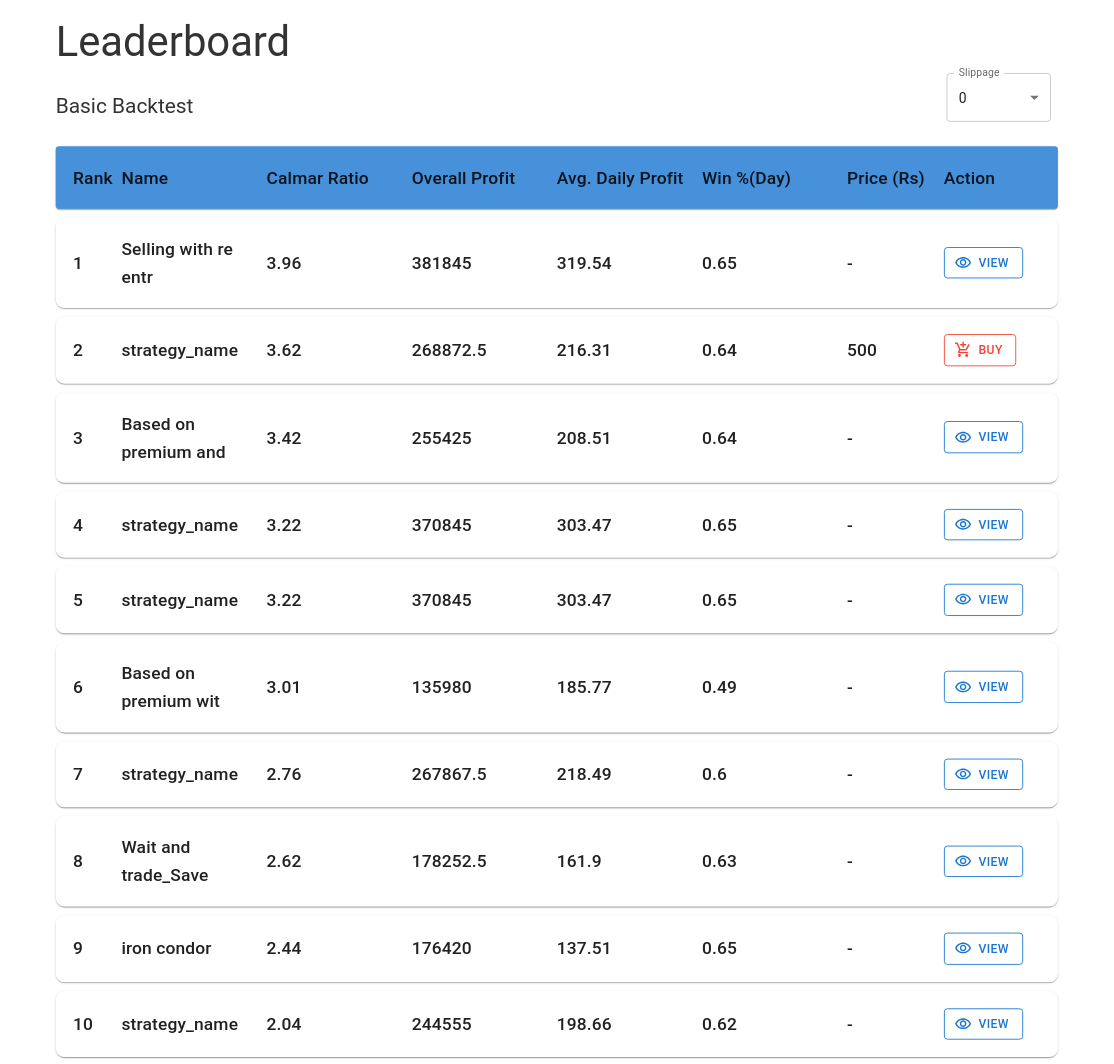
Repository: PraTEEkgUpTa2/Leaderboard
Page: /
An editor plug-in stored every save of this project. The page is shown before and after the next save, followed by the edit.
The browser window is 1280 px wide. The pictures show the whole page, at 87% of full size.
The project was rebuilt for these pictures with package versions that can differ from the ones it lists, and the page was loaded fresh each time. Also part of the build but not shown: src/App.css.

Above is the page before, as saved 2024-05-28 14:18:36.

### src/index.js
import React from 'react';
import ReactDOM from 'react-dom';
import { ThemeProvider } from '@mui/material/styles';
import App from './App';
import theme from './theme'; // Import the theme object

const root = ReactDOM.createRoot(document.getElementById('root'));
root.render(

  <ThemeProvider theme={theme}>
  <App />
</ThemeProvider>

);

// If you want to start measuring performance in your app, pass a function
// to log results (for example: reportWebVitals(console.log))
// or send to an analytics endpoint. Learn more: https://bit.ly/CRA-vitals

### src/App.js
import React from 'react';
import './App.css';
import Leaderboard from './Leaderboard';

function App() {
  return (
    <div className="App">
      <Leaderboard />
    </div>
  );
}

export default App;

### src/theme.js
// theme.js

import { createTheme } from '@mui/material/styles';

const theme = createTheme({
  palette: {
    primary: {
      main: '#1976d2', // Background color for the table header
      dark: '#135fa8', // Hover color for primary buttons
    },
    error: {
      main: '#f44336', // Background color for "Buy" button
      dark: '#d32f2f', // Hover color for "Buy" button
    },
    common: {
      white: '#fff', // Text color for table header and buttons
    },
  },
});

export default theme;

### src/Leaderboard.js
import React, { useState } from 'react';
import data from './data.json';
import { Container, Box, Typography, FormControl, InputLabel, Select, MenuItem, Paper, Button } from '@mui/material';
import { VisibilityOutlined, AddShoppingCartOutlined } from '@mui/icons-material';
import { styled } from '@mui/system';
import { Line } from 'react-chartjs-2';
import 'chart.js/auto';

const TabContainer = styled(Box)(({ theme }) => ({
  display: 'flex',
  flexDirection: 'column',
  gap: '10px',
  marginTop: '20px',
}));

const TabHeader = styled(Paper)(({ theme }) => ({
  display: 'flex',
  justifyContent: 'space-between',
  alignItems: 'center',
  padding: '20px',
  backgroundColor: theme.palette.primary.light,
}));

const Tab = styled(Paper)(({ theme }) => ({
  display: 'flex',
  justifyContent: 'space-between',
  alignItems: 'center',
  padding: '20px',
  borderRadius: '10px',
  boxShadow: theme.shadows[1],
  transition: 'transform 0.3s, box-shadow 0.3s',
  '&:hover': {
    transform: 'translateY(-5px)',
    boxShadow: theme.shadows[4],
    zIndex: 1,
    position: 'relative',
  },
}));

const ViewButton = styled(Button)(({ theme }) => ({
  borderColor: theme.palette.primary.main,
  color: theme.palette.primary.main,
  backgroundColor: 'transparent',
  '&:hover': {
    borderColor: theme.palette.primary.dark,
    color: theme.palette.primary.dark,
    backgroundColor: 'transparent',
  },
  '& .MuiButton-startIcon': {
    marginRight: theme.spacing(1),
  },
}));

const BuyButton = styled(Button)(({ theme }) => ({
  borderColor: theme.palette.error.main,
  color: theme.palette.error.main,
  backgroundColor: 'transparent',
  '&:hover': {
    borderColor: theme.palette.error.dark,
    color: theme.palette.error.dark,
    backgroundColor: 'transparent',
  },
  '& .MuiButton-startIcon': {
    marginRight: theme.spacing(1),
  },
}));

const ChartCard = styled(Box)(({ theme }) => ({
  marginTop: '20px',
  padding: '20px',
  boxShadow: theme.shadows[3],
}));

const Leaderboard = () => {
  const [selectedRow, setSelectedRow] = useState(null);

  const handleRowClick = (row) => {
    setSelectedRow(row);
  };

  return (
    <Container>
    <Typography variant="h3" style={{ color: '#333', marginTop: '20px' }}>
          Leaderboard
        </Typography>
      <Box display="flex" justifyContent="space-between" alignItems="center">
        <Typography variant="h5" style={{ color: '#333', marginTop: '20px' }}>
          Basic Backtest
        </Typography>
        <FormControl sx={{ m: 1, minWidth: 120 }}>
          <InputLabel id="slippage-label">Slippage</InputLabel>
          <Select
            labelId="slippage-label"
            id="slippage-select"
            defaultValue={0}
            label="Slippage"
          >
            <MenuItem value={0}>0</MenuItem>
            <MenuItem value={0.5}>0.5</MenuItem>
            <MenuItem value={1}>1</MenuItem>
          </Select>
        </FormControl>
      </Box>
      <TabContainer>
        <TabHeader>
          <Box flexBasis="5%">
            <Typography variant="h6">Rank</Typography>
          </Box>
          <Box flexBasis="15%">
            <Typography variant="h6">Name</Typography>
          </Box>
          <Box flexBasis="15%">
            <Typography variant="h6">Calmar Ratio</Typography>
          </Box>
          <Box flexBasis="15%">
            <Typography variant="h6">Overall Profit</Typography>
          </Box>
          <Box flexBasis="15%">
            <Typography variant="h6">Avg. Daily Profit</Typography>
          </Box>
          <Box flexBasis="15%">
            <Typography variant="h6">Win %(Day)</Typography>
          </Box>
          <Box flexBasis="10%">
            <Typography variant="h6">Price (Rs)</Typography>
          </Box>
          <Box flexBasis="10%">
            <Typography variant="h6">Action</Typography>
          </Box>
        </TabHeader>
        {data.map((row) => (
          <Tab key={row.Rank} onClick={() => handleRowClick(row)}>
            <Box flexBasis="5%">
              <Typography variant="h6">{row.Rank}</Typography>
            </Box>
            <Box flexBasis="15%">
              <Typography variant="h6">{row.Name}</Typography>
            </Box>
            <Box flexBasis="15%">
              <Typography variant="h6">{row["Calmar Ratio"]}</Typography>
            </Box>
            <Box flexBasis="15%">
              <Typography variant="h6">{row["Overall Profit"]}</Typography>
            </Box>
            <Box flexBasis="15%">
              <Typography variant="h6">{row["Avg. Daily Profit"]}</Typography>
            </Box>
            <Box flexBasis="15%">
              <Typography variant="h6">{row["Win %(Day)"]}</Typography>
            </Box>
            <Box flexBasis="10%">
              <Typography variant="h6">{row["Price (Rs)"] ? row["Price (Rs)"] : '-'}</Typography>
            </Box>
            <Box flexBasis="10%">
              {row.Action === 'View' ? (
                <ViewButton startIcon={<VisibilityOutlined />} variant="outlined">
                  View
                </ViewButton>
              ) : (
                <BuyButton startIcon={<AddShoppingCartOutlined />} variant="outlined">
                  Buy
                </BuyButton>
              )}
            </Box>
          </Tab>
        ))}
      </TabContainer>
      {selectedRow && (
        <ChartCard>
          <Typography variant="h6">{selectedRow.Name}</Typography>
          <Line
            data={{
              labels: ['Calmar Ratio', 'Overall Profit', 'Avg. Daily Profit', 'Win % (Day)', 'Price (Rs)'],
              datasets: [
                {
                  label: selectedRow.Name,
                  data: [
                    selectedRow['Calmar Ratio'],
                    selectedRow['Overall Profit'],
                    selectedRow['Avg. Daily Profit'],
                    selectedRow['Win %(Day)'],
                    selectedRow['Price (Rs)'],
                  ],
                  backgroundColor: '#36A2EB',
                  borderColor: '#36A2EB',
                  borderWidth: 1,
                  fill: false,
                },
              ],
            }}
            options={{
              responsive: true,
              maintainAspectRatio: false,
              scales: {
                y: {
                  beginAtZero: true,
                },
              },
            }}
            height={400}
            width={600}
          />
        </ChartCard>
      )}
    </Container>
  );
};

export default Leaderboard;

### src/data.json
[
    {
        "Rank": 1,
        "Name": "Selling with re entr",
        "Calmar Ratio": 3.96,
        "Overall Profit": 381845,
        "Avg. Daily Profit": 319.54,
        "Win %(Day)": 0.65,
        "Price (Rs)": null,
        "Action": "View"
    },
    {
        "Rank": 2,
        "Name": "strategy_name",
        "Calmar Ratio": 3.62,
        "Overall Profit": 268872.5,
        "Avg. Daily Profit": 216.31,
        "Win %(Day)": 0.64,
        "Price (Rs)": 500,
        "Action": "Buy"
    },
    {
        "Rank": 3,
        "Name": "Based on premium and",
        "Calmar Ratio": 3.42,
        "Overall Profit": 255425,
        "Avg. Daily Profit": 208.51,
        "Win %(Day)": 0.64,
        "Price (Rs)": null,
        "Action": "View"
    },
    {
        "Rank": 4,
        "Name": "strategy_name",
        "Calmar Ratio": 3.22,
        "Overall Profit": 370845,
        "Avg. Daily Profit": 303.47,
        "Win %(Day)": 0.65,
        "Price (Rs)": null,
        "Action": "View"
    },
    {
        "Rank": 5,
        "Name": "strategy_name",
        "Calmar Ratio": 3.22,
        "Overall Profit": 370845,
        "Avg. Daily Profit": 303.47,
        "Win %(Day)": 0.65,
        "Price (Rs)": null,
        "Action": "View"
    },
    {
        "Rank": 6,
        "Name": "Based on premium wit",
        "Calmar Ratio": 3.01,
        "Overall Profit": 135980,
        "Avg. Daily Profit": 185.77,
        "Win %(Day)": 0.49,
        "Price (Rs)": null,
        "Action": "View"
    },
    {
        "Rank": 7,
        "Name": "strategy_name",
        "Calmar Ratio": 2.76,
        "Overall Profit": 267867.5,
        "Avg. Daily Profit": 218.49,
        "Win %(Day)": 0.6,
        "Price (Rs)": null,
        "Action": "View"
    },
    {
        "Rank": 8,
        "Name": "Wait and trade_Save",
        "Calmar Ratio": 2.62,
        "Overall Profit": 178252.5,
        "Avg. Daily Profit": 161.9,
        "Win %(Day)": 0.63,
        "Price (Rs)": null,
        "Action": "View"
    },
    {
        "Rank": 9,
        "Name": "iron condor",
        "Calmar Ratio": 2.44,
        "Overall Profit": 176420,
        "Avg. Daily Profit": 137.51,
        "Win %(Day)": 0.65,
        "Price (Rs)": null,
        "Action": "View"
    },
    {
        "Rank": 10,
        "Name": "strategy_name",
        "Calmar Ratio": 2.04,
        "Overall Profit": 244555,
        "Avg. Daily Profit": 198.66,
        "Win %(Day)": 0.62,
        "Price (Rs)": null,
        "Action": "View"
    }
]

Loaded but not shown: public/index.html (common file)

After the next save:
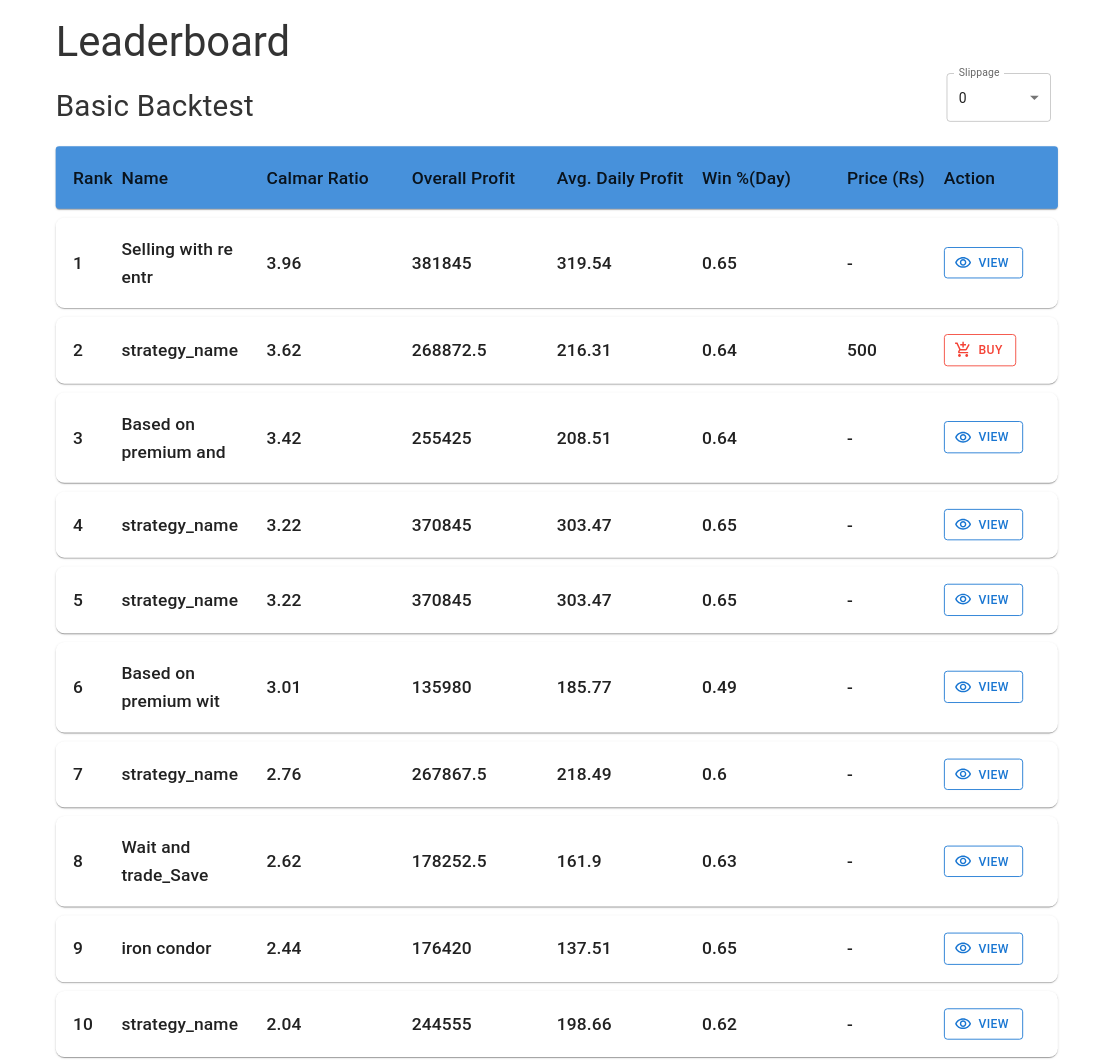
Saved 33 s later.
--- a/src/Leaderboard.js
+++ b/src/Leaderboard.js
@@ -84,7 +84,7 @@ const Leaderboard = () => {
           Leaderboard
         </Typography>
       <Box display="flex" justifyContent="space-between" alignItems="center">
-        <Typography variant="h5" style={{ color: '#333', marginTop: '20px' }}>
+        <Typography variant="h4" style={{ color: '#333', marginTop: '20px' }}>
           Basic Backtest
         </Typography>
         <FormControl sx={{ m: 1, minWidth: 120 }}>
